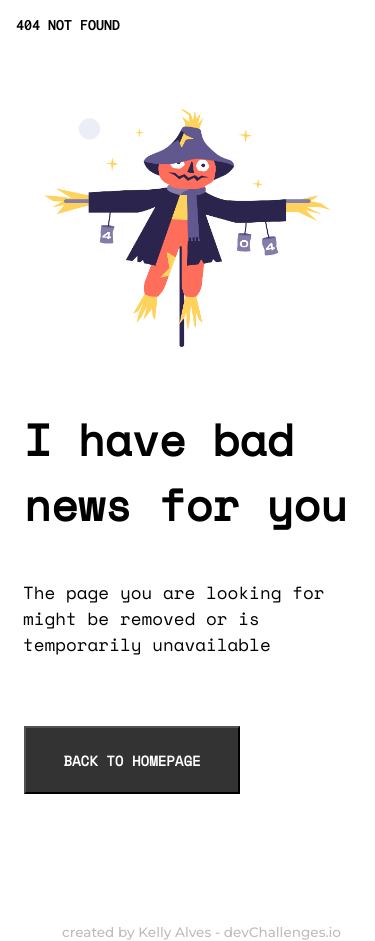
Repository: kellyalves87/404_not_found
Page: index.html
These files come from the project's save history. The page is drawn as it stood at one moment and after the next save; the edit follows.
The browser window is 375 px wide. The pictures show the whole page.

Above is the page before, as saved 2021-05-16 16:37:38.

After the next save:
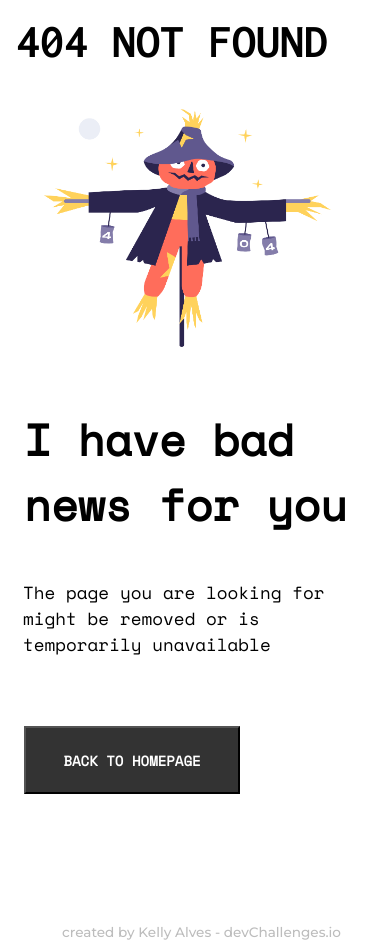
Saved 73 s later.
--- a/style/index.css
+++ b/style/index.css
@@ -90,7 +90,7 @@
 
   .header h1 {
     font-family: inconsolata, sans-serif;
-    font-size: 1rem;
+    font-size: 3rem;
     text-transform: uppercase;
   }
 

After the save that followed:
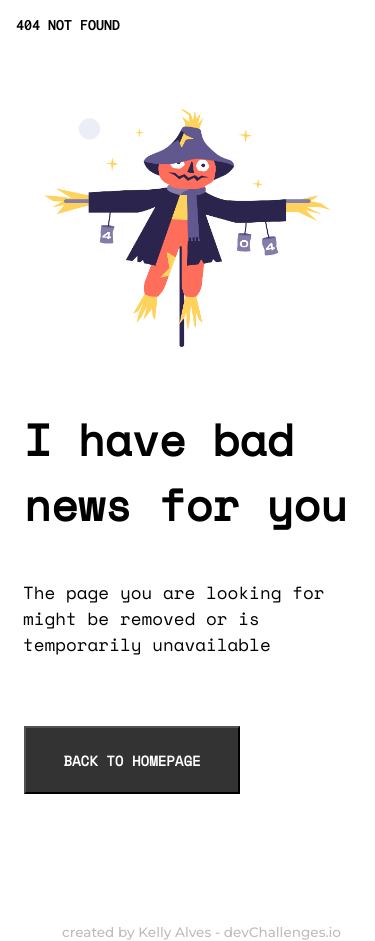
Saved 11 s later.
--- a/style/index.css
+++ b/style/index.css
@@ -90,7 +90,7 @@
 
   .header h1 {
     font-family: inconsolata, sans-serif;
-    font-size: 3rem;
+    font-size: 1rem;
     text-transform: uppercase;
   }
 
